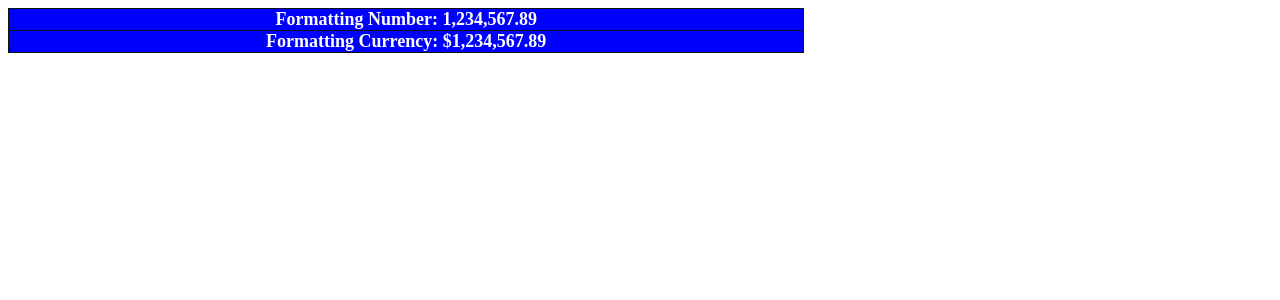
Repository: myziji/eclipse-workspace
Page: http://localhost/CustomizedTagWebProj/SampleJSTL2.jsp
The author's editor kept a copy of each file at every save. The page is drawn from the files as they stood at one save, then again after the next save.
The browser window is 1280 px wide. The pictures show the whole page.
The page is served by Tomcat 10. Other server files are loaded and not shown.

Above is the page before, as saved 2022-05-09 17:12:09.

### CustomizedTagWebProj/src/main/webapp/SampleJSTL2.jsp
<%@ taglib uri="http://java.sun.com/jstl/core" prefix="c" %>
<%@ taglib uri="http://java.sun.com/jstl/fmt" prefix="fmt" %>
<html>
  <head>
    <title>Format Date</title>
  </head>

  <%! java.util.Date now = new java.util.Date(); %>
  <body>

    <table border="1" cellpadding="0" cellspacing="0"
    style="border-collapse: collapse" bordercolor="#111111"
    width="63%" id="AutoNumber2">
      <tr>
        <td width="100%" colspan="2" bgcolor="#0000FF">
          <p align="center">
            <b>
              <font color="#FFFFFF" size="4">Formatting Number:
				<fmt:formatNumber value="1234567.89" type="number" pattern="#,###.00"/>
              </font>
            </b>
          </p>
        </td>
      </tr>
      <tr>
        <td width="100%" colspan="2" bgcolor="#0000FF">
          <p align="center">
            <b>
              <font color="#FFFFFF" size="4">Formatting Currency:
				<fmt:formatNumber value="1234567.89" type="currency"/>
              </font>
            </b>
          </p>
        </td>
      </tr>
    </table>
  </body>
</html>

After the next save:
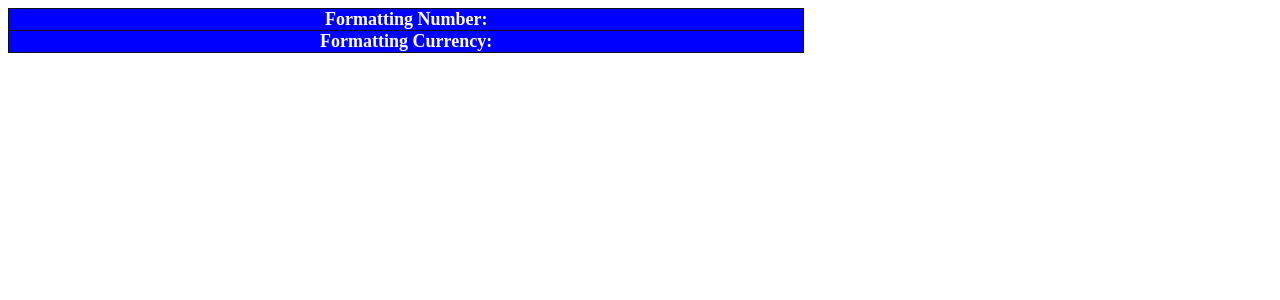
Saved 24 s later.
--- a/CustomizedTagWebProj/src/main/webapp/SampleJSTL2.jsp
+++ b/CustomizedTagWebProj/src/main/webapp/SampleJSTL2.jsp
@@ -1,5 +1,4 @@
-<%@ taglib uri="http://java.sun.com/jstl/core" prefix="c" %>
-<%@ taglib uri="http://java.sun.com/jstl/fmt" prefix="fmt" %>
+
 <html>
   <head>
     <title>Format Date</title>
